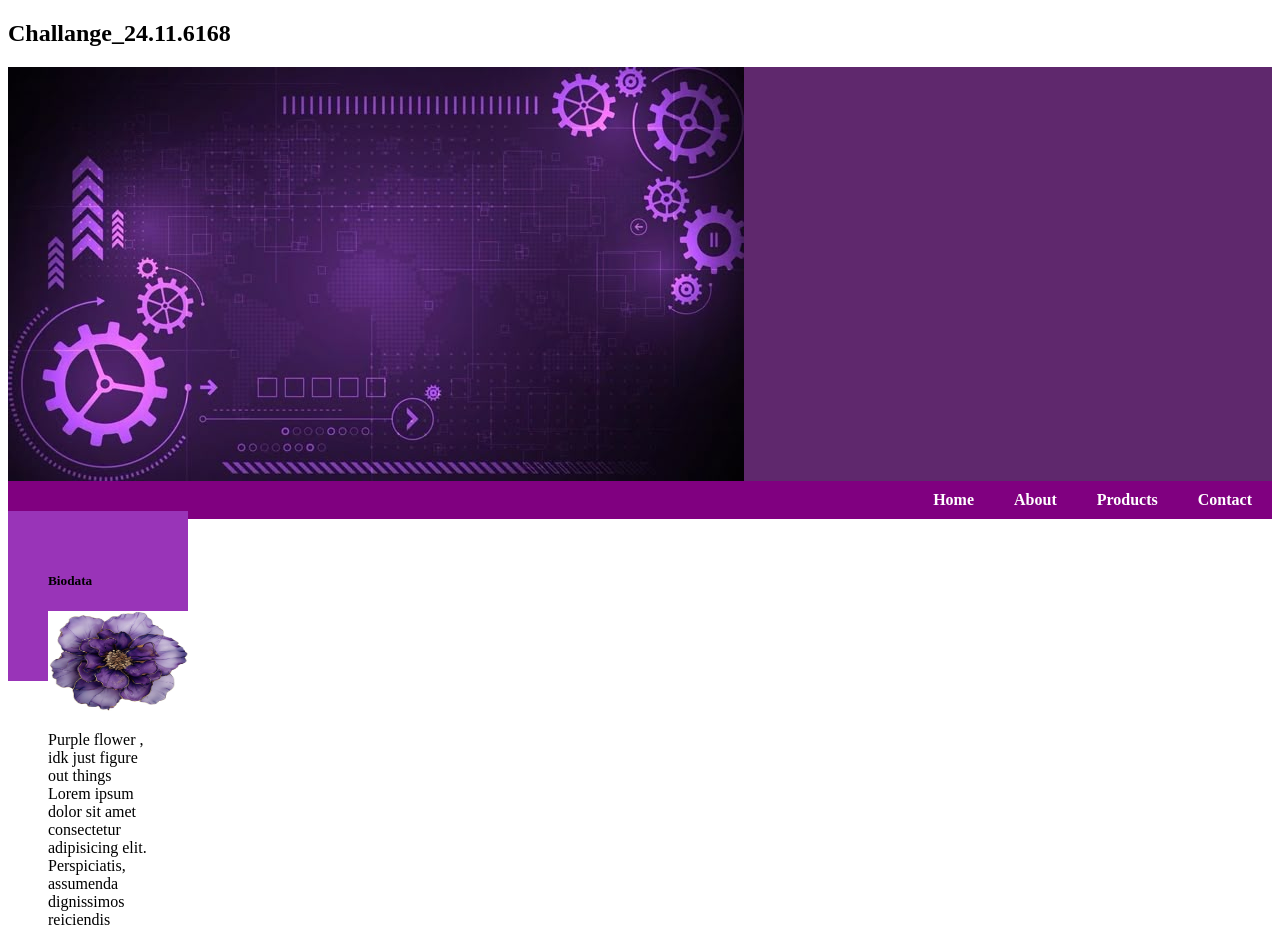
Repository: Ms-Ulfiyahrustam/p5_pemogramanweb
Page: index.html
These files come from the project's save history. The page is drawn as it stood at one moment and after the next save; the edit follows.
The browser window is 1280 px wide. The pictures show the whole page.

Above is the page before, as saved 2026-04-27 09:39:58.

### index.html
<!DOCTYPE html>
<html lang="en">
<head>
    <meta charset="UTF-8">
    <meta name="viewport" content="width=device-width, initial-scale=1.0">
    <link rel="stylesheet" href="style.css">
    <title>Document</title>
</head>
<body class="">
    <h2>Challange_24.11.6168</h2>
    <div class="flex-container">
        <img src="download.jpg" alt="">
    </div>
    <div class="leftside">
        <h5>Biodata</h5>
        <img src="purple.jpg" alt="" width="140" height="100" >
        <p>Purple flower , idk just figure out things <br>
            Lorem ipsum dolor sit amet consectetur adipisicing elit. Perspiciatis, assumenda dignissimos reiciendis  <br>
        </p>
    </div>
    <div class="midplace">
<nav class="menu">
  <ul>
    <li><a href="#">Home</a></li>
    <li><a href="#">About</a></li>
    <li><a href="#">Products</a></li>
    <li><a href="#">Contact</a></li>
  </ul>
</nav>
        </div>
</body>
</html>

### style.css


.flex-container{
    display: flex;
    background-color: rgb(95, 40, 109);
    margin: auto;
}

.leftside{

    float:left;
    background-color: rgb(153, 52, 184);
    margin-top: 30px;
    width:100px;
    height: 90px;
    padding: 40px;


}

leftside img{
    justify-content: center;
}

.rightside{

}

.midplace{
    background-color: purple;
    color: azure;

}

.menu {
  background-color: purple;
  padding: 10px 0;
}

.menu ul {
  display: flex;
  justify-content: right;
  list-style: none;
  margin: 0;
  padding: 0;
}

.menu li {
  margin: 0 20px;
}

.menu a {
  text-decoration: none;
  color: white;
  font-weight: bold;
}

After the next save:
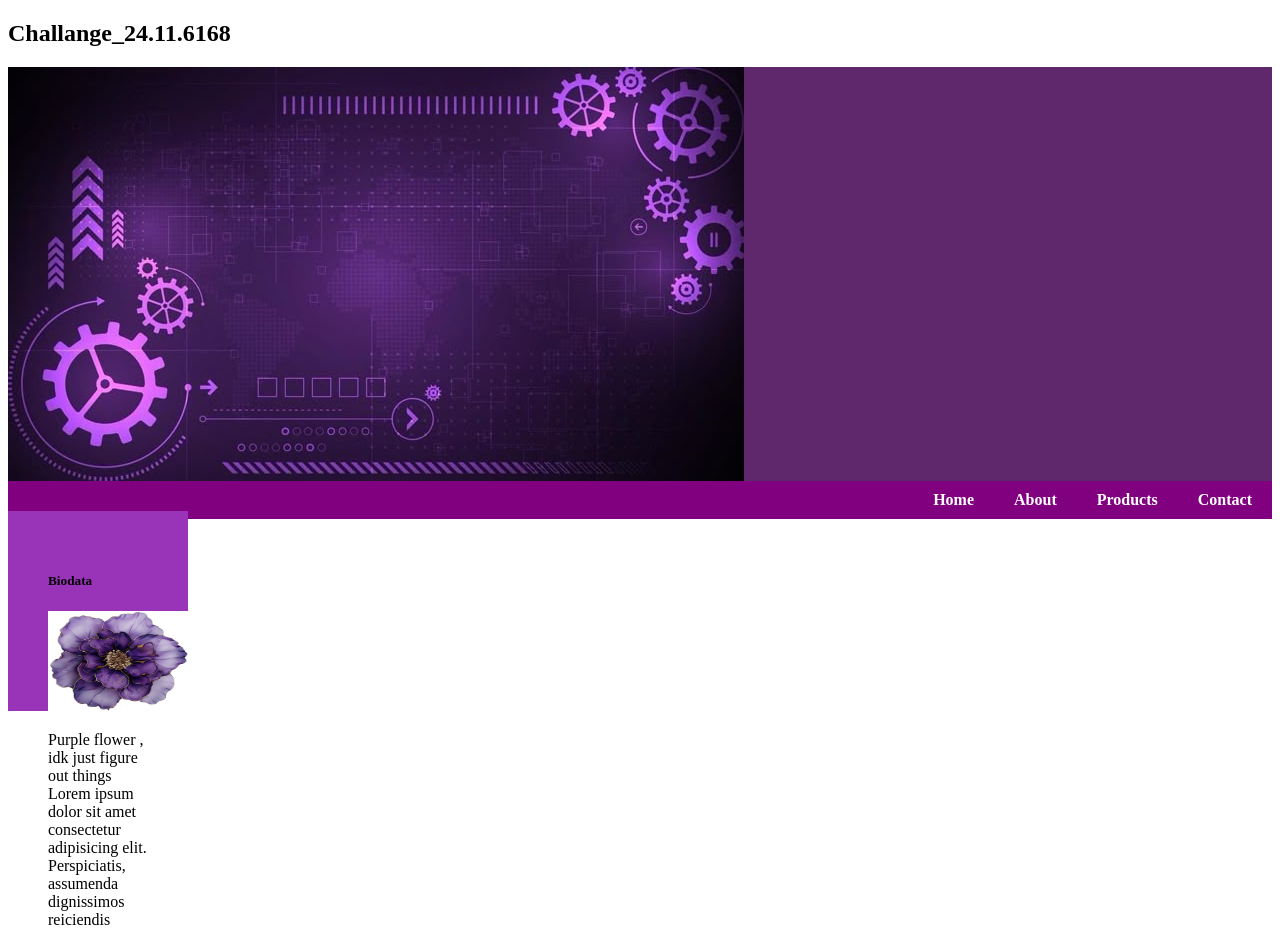
Saved 9 s later.
--- a/style.css
+++ b/style.css
@@ -12,7 +12,7 @@
     background-color: rgb(153, 52, 184);
     margin-top: 30px;
     width:100px;
-    height: 90px;
+    height: 120px;
     padding: 40px;
 
 
